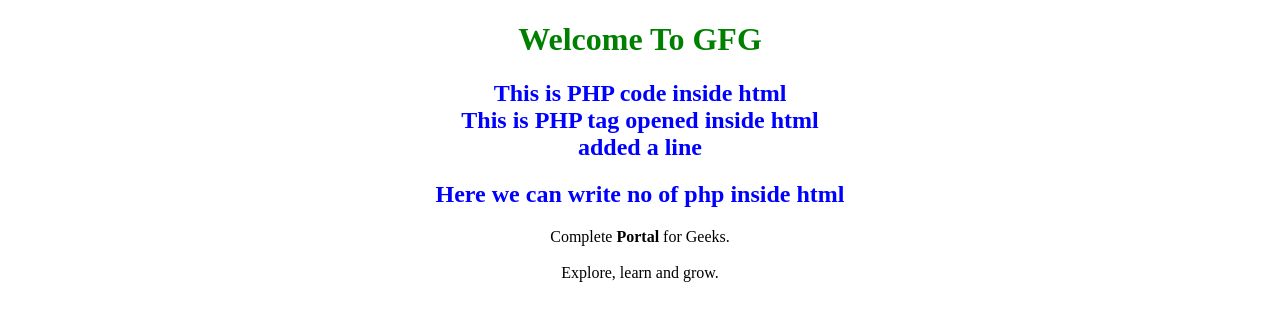
Repository: Sahanaranjith/php_projectgh
Page: http://localhost/example1.php
These files come from the project's save history. The page is drawn as it stood at one moment and after a run of saves; the edit follows.
The browser window is 1280 px wide. The pictures show the whole page.
The page is run by PHP 8.4 with error messages shown; the project is at /var/www/html/.

Above is the page before, as saved 2022-12-14 11:12:25.

After the next 4 saves:
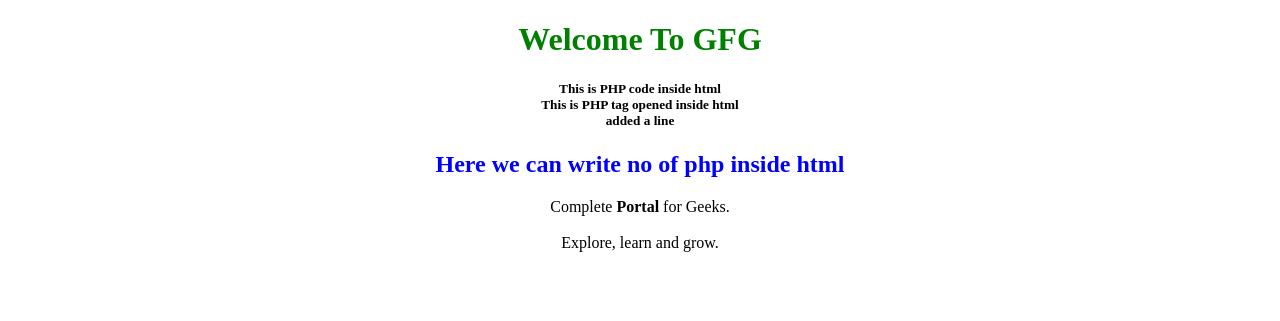
The 4 saves are shown as one change because they came seconds apart.
The last was saved 21 s later.
--- a/example1.php
+++ b/example1.php
@@ -14,7 +14,7 @@
     <center>
         <h1>Welcome To GFG</h1>
 
-        <h2>
+        <h5>
             <?php
             echo "This is PHP code inside html<br>";
             echo "This is PHP tag opened inside html<br>";
